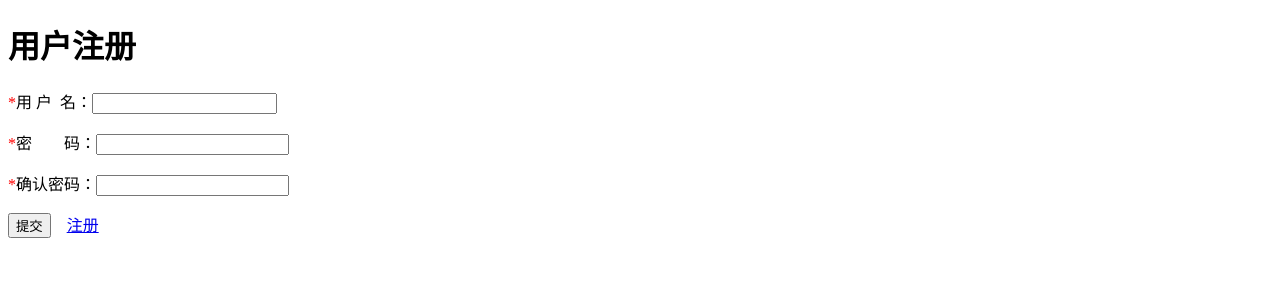
Repository: Nicoleqwerty/2018-
Page: web/hw3/WebContent/register.html
These files come from the project's save history. The page is drawn as it stood at one moment and after the next save; the edit follows.
The browser window is 1280 px wide. The pictures show the whole page.

Above is the page before, as saved 2018-07-03 11:42:55.

After the next save:
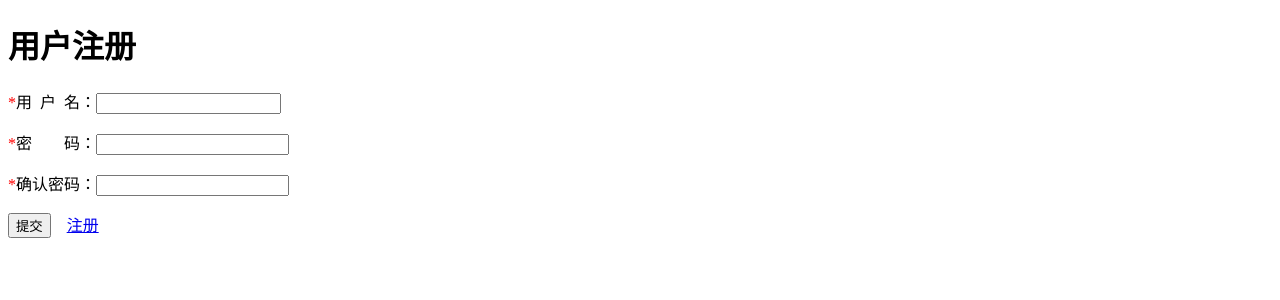
Saved 10 s later.
--- a/web/hw3/WebContent/register.html
+++ b/web/hw3/WebContent/register.html
@@ -8,7 +8,7 @@
 	<h1>用户注册</h1>
 	<form action="RegisterServlet" method="post">
 		<p align="left">
-			 <span style="color:red">*</span>用&nbsp;户&nbsp;&nbsp;名：<input name="uname" type="text" size=20>
+			 <span style="color:red">*</span>用&nbsp;&nbsp;户&nbsp;&nbsp;名：<input name="uname" type="text" size=20>
 		</p>
 		<p align="left">
 			 <span style="color:red">*</span>密&nbsp;&nbsp;&nbsp;&nbsp;&nbsp;&nbsp;&nbsp;&nbsp;码：<input name="mm" type="password" size=21>
